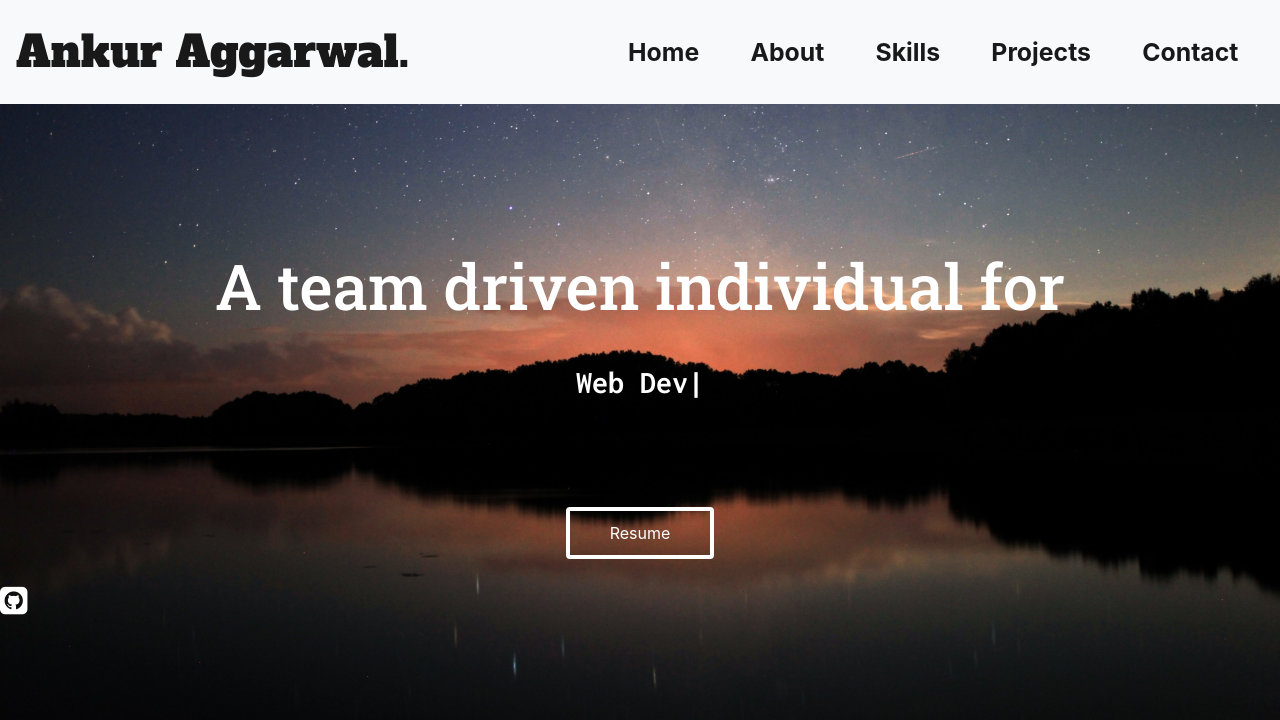
Repository: AnkurDevv/PersonalWebsite
Page: index.html
An editor plug-in stored every save of this project. The page is shown before and after the next save, followed by the edit.
The browser window is 1280 px wide. The pictures show the whole page.

Above is the page before, as saved 2020-09-13 15:58:57.

After the next save:
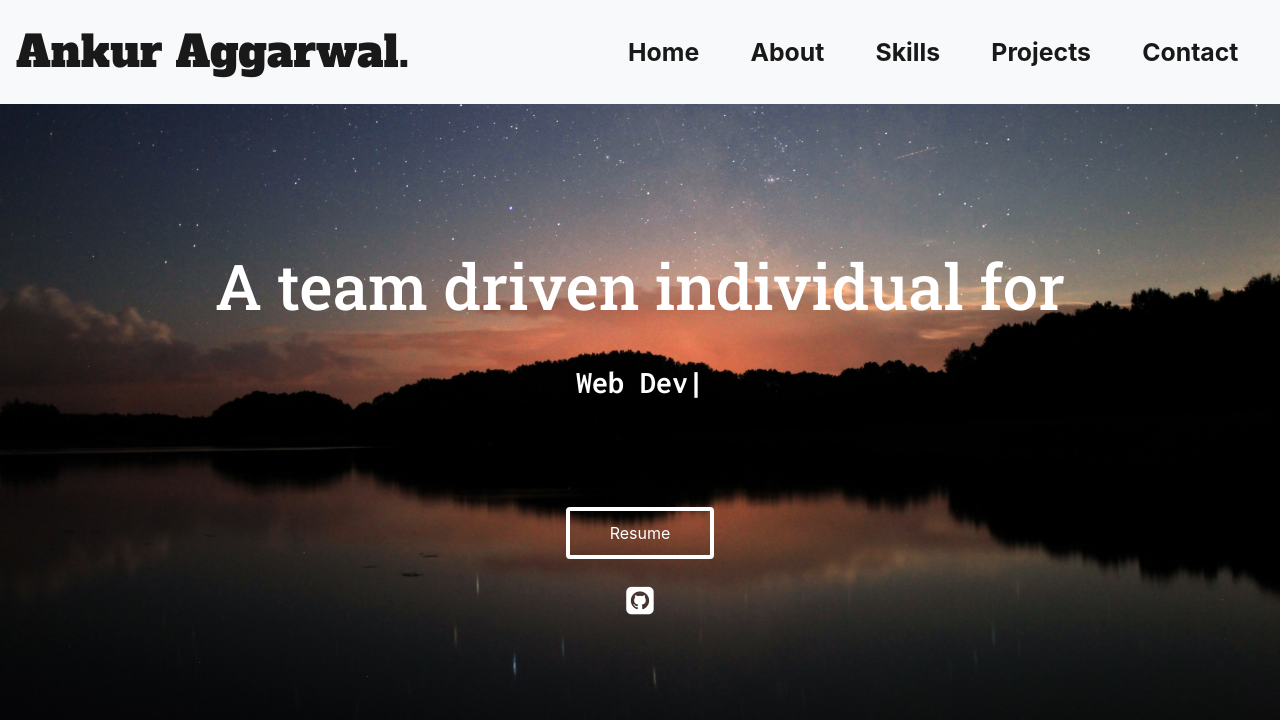
Saved 22 s later.
--- a/style/index.css
+++ b/style/index.css
@@ -88,6 +88,12 @@ header{
   font-size: 130%;
 }
 
+.socialLinksDiv{
+  display: flex;
+  justify-content: center;
+}
+
+
 @media only screen and (max-width: 600px) {
   #MainNameHeading{
     font-size: 300%;
